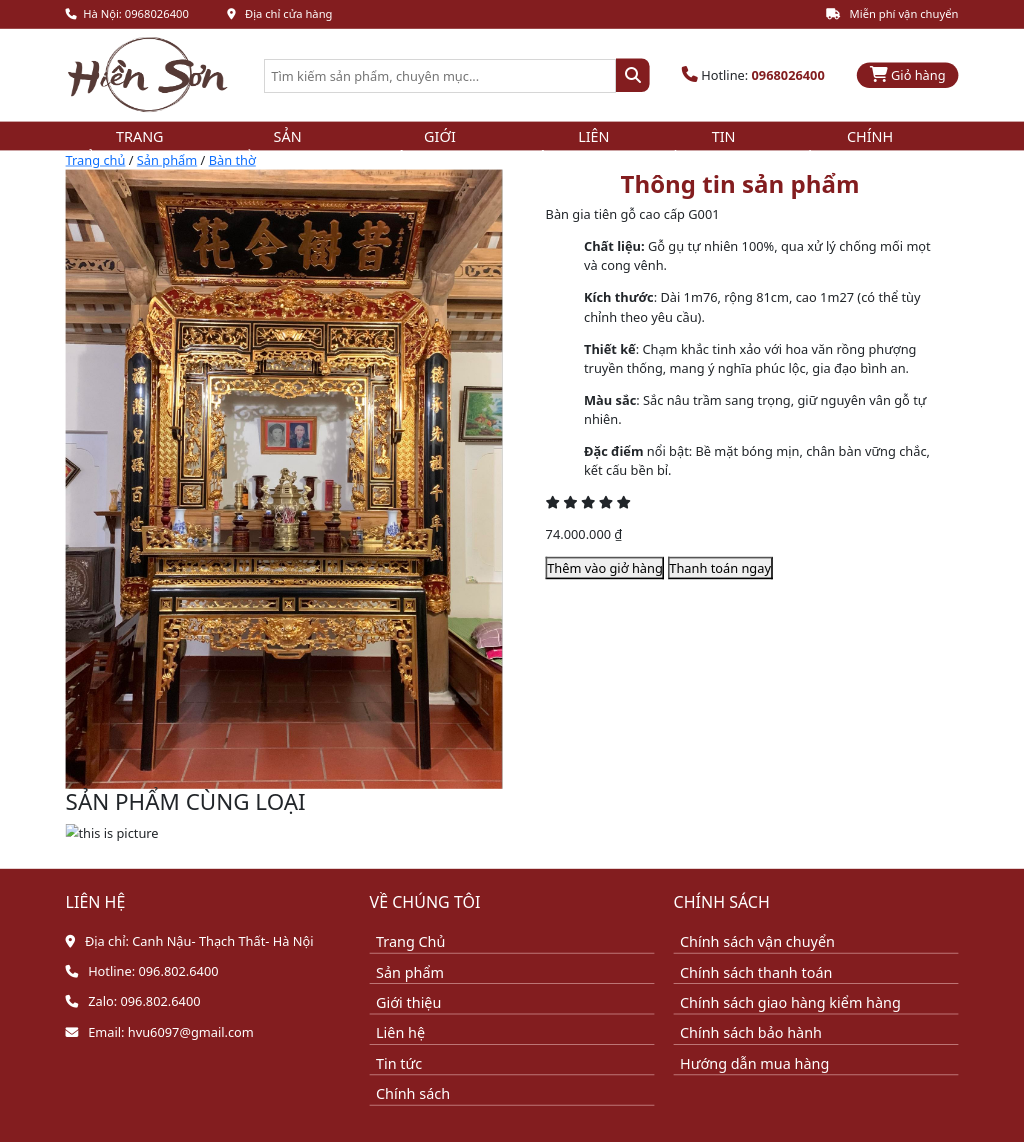
Repository: hoang28092000/do_go_hien_son
Page: product_details/ban_tho-g001.html
These files come from the project's save history. The page is drawn as it stood at one moment and after the next save; the edit follows.
The browser window is 1280 px wide. The pictures show the whole page, at 80% of full size.
Some web libraries are served in a nearby version.

Above is the page before, as saved 2024-08-10 20:09:19.

### product_details/ban_tho-g001.html
<!DOCTYPE html>
<html lang="en">
<head>
    <meta charset="UTF-8">
    <meta name="viewport" content="width=device-width, initial-scale=1.0">
    <link rel="stylesheet" href="../asset/style.css">
    <link rel="stylesheet" href="https://cdnjs.cloudflare.com/ajax/libs/font-awesome/6.6.0/css/all.min.css" integrity="sha512-Kc323vGBEqzTmouAECnVceyQqyqdsSiqLQISBL29aUW4U/M7pSPA/gEUZQqv1cwx4OnYxTxve5UMg5GT6L4JJg==" crossorigin="anonymous" referrerpolicy="no-referrer" />
    <link href="https://cdn.jsdelivr.net/npm/bootstrap@5.3.3/dist/css/bootstrap.min.css" rel="stylesheet" integrity="sha384-QWTKZyjpPEjISv5WaRU9OFeRpok6YctnYmDr5pNlyT2bRjXh0JMhjY6hW+ALEwIH" crossorigin="anonymous">
    <title>Bàn thờ gia tiên G001</title>
</head>
<body>
    <div id="header">
        <div class="top_header">
            <div class="container">
                <div class=" d-flex align-items-center justify-content-between pt-1">
                    <div class="d-flex">
                        <p class="mb-0 me-5"><a href="" class="txt-th">
                            <i class="fa-solid fa-phone icon-th pe-2"></i>Hà Nội: 0968026400
                        </a></p>
                        <p class="mb-0"><a href="" class="txt-th">
                            <i class="fa-solid fa-location-dot icon-th pe-2"></i>
                        Địa chỉ cửa hàng</a></p>
                    </div>
                    <p class="mb-0"><a href="" class="txt-th">
                        <i class="fa-solid fa-truck icon-th pe-2"></i>
                    Miễn phí vận chuyển</a></p>
                </div>
            </div>
        </div>
    </div>

        <div class="main_header py-2">
            <div class="container">
                <ul class="d-flex justify-content-between align-items-center ps-0 mb-0">
                    <li class="logo-hs">
                        <a href="../index.html"><img src="../asset/image/logo_1.png" class="logo-hd" alt=""></a>
                    </li>
                    <li class="search-hd">
                        <input type="text" class="input-search-hd" placeholder="Tìm kiếm sản phẩm, chuyên mục..."><i class="fa-solid fa-magnifying-glass icon-search_hd"></i>
                    </li>

                    <li class="contact-hd">
                        <i class="fa-solid fa-phone icon-hd "></i>
                        <span class="txt-hd">Hotline: <b style="color: #831d1f;">0968026400</b></span>
                    </li>

                    <li class="cart-hd">
                        <p class="mb-0 cart-list py-1 px-3">
                            <i class="fa-solid fa-cart-shopping icon-cart"></i><span class="txt-cart"> Giỏ hàng</span>
                        </p>
                    </li>
                </ul>
            </div>
        </div>

        <div class="bottom_header">
            <div class="container">
                <ul class="links d-flex justify-content-center align-items-center mb-0 ps-0">
                    <li class="link "><a href="../index.html" class="txt-link">TRANG CHỦ</a></li>
                    <li class="link"><a href="../website/product.html" class="txt-link">SẢN PHẨM</a></li>
                    <li class="link"><a href="../website/about-us.html" class="txt-link">GIỚI THIỆU</a></li>
                    <li class="link"><a href="../website/contact.html" class="txt-link">LIÊN HỆ</a></li>
                    <li class="link"><a href="../website/news.html" class="txt-link">TIN TỨC</a></li>
                    <li class="link"><a href="../website/policy.html" class="txt-link">CHÍNH SÁCH</a></li>
                 </ul>
            </div>
        </div>
    </div>
    <div class="main-product_details">
        <div class="container">
            <div class="links-product_details">
                <a href="../index.html" class="">Trang chủ</a>
                <span class="slash"> /</span>
                <a href="../website/product.html" class="">Sản phẩm</a>
                <span class="slash"> /</span>
                <a href="../website/product.html" class="">Bàn thờ</a>
            </div>

            <div class="card-p_details">
                <div class="row">
                    <div class="col-lg-6">
                        <img src="../asset/image/anhn1.jfif" alt="" class="img-p_details w-100">
                    </div>
                    <div class="col-lg-6">
                        <div class="info-p_details">
                            <h3 class="name-p_details">
                                Thông tin sản phẩm
                            </h3>

                            <div class="desc-info-pd">
                                <p class="heading-pd">
                                    Bàn gia tiên gỗ cao cấp G001
                                </p>
                                <p class="txt-pd ps-5">
                                    <b>Chất liệu:</b> Gỗ gụ tự nhiên 100%, qua xử lý chống mối mọt và cong vênh.
                                </p>
                                <p class="txt-pd ps-5">
                                    <b>Kích thước</b>: Dài 1m76, rộng 81cm, cao 1m27 (có thể tùy chỉnh theo yêu cầu).
                                </p>
                                <p class="txt-pd ps-5">
                                    <b>Thiết kế</b>: Chạm khắc tinh xảo với hoa văn rồng phượng truyền thống, mang ý nghĩa phúc lộc, gia đạo bình an.
                                </p>
                                <p class="txt-pd ps-5">
                                    <b>Màu sắc</b>: Sắc nâu trầm sang trọng, giữ nguyên vân gỗ tự nhiên.
                                </p>
                                <p class="txt-pd ps-5">
                                    <b>Đặc điểm</b> nổi bật: Bề mặt bóng mịn, chân bàn vững chắc, kết cấu bền bỉ.
                                </p>
                            </d>
                            <p class="evaluate">
                                <i class="fa-solid fa-star icon-star"></i>
                                <i class="fa-solid fa-star icon-star"></i>
                                <i class="fa-solid fa-star icon-star"></i>
                                <i class="fa-solid fa-star icon-star"></i>
                                <i class="fa-solid fa-star icon-star"></i>

                            </p>
                            <p class="price-pd">74.000.000 ₫</p>
                            <div class="pay">
                                <button class="add_cart">Thêm vào giở hàng</button>
                                <button class="buy">Thanh toán ngay</button>
                            </div>
                        </div>
                    </div>
                </div>
            </div>
            <h3 class="title-pd">
                SẢN PHẨM CÙNG LOẠI
            </h3>
            <div class="pd-relate">
                <div class="row">
                    <div class="col-lg-3">
                        <div class="card-pd">
                            <img src="" alt="this is picture">
                            <p class="name-product_r"></p>
                            <p class="info-pd_r"></p>
                        </div>
                    </div>
                </div>
            </div>
        </div>
    </div>


    <div id="footer" class="mt-3">
        <div class="container">
            <div class="row">
                <div class="col-lg-4">
                    <h4 class="title-ft">LIÊN HỆ</h4>
                    <ul class="list-info">
                        <li>
                            <i class="fa-solid fa-location-dot icon-ft pe-2"></i>
                            <span class="txt-ft">Địa chỉ: Canh Nậu- Thạch Thất- Hà Nội</span>
                        </li>
                        <li>
                            <i class="fa-solid fa-phone icon-ft pe-2"></i>
                            <span class="txt-ft">Hotline: 096.802.6400</span>
                        </li>
                        <li>
                            <i class="fa-solid fa-phone icon-ft pe-2"></i>
                            <span class="txt-ft">Zalo: 096.802.6400    </span>
                        </li>
                        <li>
                            <i class="fa-solid fa-envelope icon-ft pe-2"></i>
                           <span class="txt-ft">Email: hvu6097@gmail.com</span>
                        </li>
                    </ul>
                </div>
                <div class="col-lg-4">
                    <h4 class="title-ft">
                        VỀ CHÚNG TÔI
                    </h4>
                    <ul class="list-links ps-0">
                        <li class="item-link"><a href="../index.html" class="link-ft">Trang Chủ </a></li>
                        <li class="item-link"><a href="../website/product.html" class="link-ft">Sản phẩm</a></li>
                        <li class="item-link"><a href="../website/about-us.html" class="link-ft">Giới thiệu</a></li>
                        <li class="item-link"><a href="../website/contact.html" class="link-ft">Liên hệ</a></li>
                        <li class="item-link"><a href="../website/news.html" class="link-ft">Tin tức</a></li>
                        <li class="item-link"><a href="../website/policy.html" class="link-ft">Chính sách</a></li>
                    </ul>
                </div>
                <div class="col-lg-4">
                    <h4 class="title-ft">
                       CHÍNH SÁCH
                    </h4>
                    <ul class="list-links ps-0">
                        <li class="item-link"><a href="../website/policy.html" class="link-ft">Chính sách vận chuyển </a></li>
                        <li class="item-link"><a href="../website/policy.html" class="link-ft">Chính sách thanh toán</a></li>
                        <li class="item-link"><a href="../website/policy.html" class="link-ft">Chính sách giao hàng kiểm hàng</a></li>
                        <li class="item-link"><a href="../website/policy.html" class="link-ft">Chính sách bảo hành</a></li>
                        <li class="item-link"><a href="../website/policy.html" class="link-ft">Hướng dẫn mua hàng</a></li>
                    </ul>
                </div>

            </div>
        </div>
    </div>
</body>
</html>

### asset/style.css
*{
    padding: 0px;
    margin: 0px ;
    box-sizing: border-box;
    list-style: none;
}

.top_header{
    height: 36px;
    background-color: #831d1f;
}

.top_header .txt-th{
    color: #fff;
    font-size: 14px;
    text-decoration: none;
    font-weight: 500;
}

.top_header .icon-th{
    color: #fff;
}
.top_header .txt-th:hover,
.top_header .icon-th:hover{
    opacity: 0.7;
}

.main_header .logo-hd{
    height: 100px;
    width: 208px;
}
.main_header .input-search-hd{
    font-size: 16px;
    color: #333;
    padding-left: 8px;
    width: 440px;
    height: 42px;
    border: 1px solid #ccc;
    outline: none;
}
.main_header .icon-search_hd{
    font-size: 20px;
    background-color: #831d1f;
    padding: 11px;
    color: #fff;
    border-radius: 0 10px 10px 0;
}
.main_header .icon-search_hd:hover{
    opacity: 0.7;
    cursor: pointer;
}
.main_header .contact-hd .icon-hd{
    font-size: 20px;
    color: #831d1f;
}
.cart-hd .cart-list{
    background-color: #831d1f;
    border-radius: 16px;
}
.cart-hd .txt-cart{
    font-size: 16px;
    font-weight: 500;
    color: #fff;
}
.cart-hd .icon-cart{
    font-size: 20px;
    color: #fff;
}
.cart-hd .cart-list:hover{
    opacity: 0.7;
    cursor: pointer;
}

.bottom_header{
    height: 36px;
    background-color: #831d1f;
}
.bottom_header .links{
    list-style: none;
    padding-top: 6px;
}

.links .txt-link{
    text-decoration: none;
    font-size: 18px;
    font-weight: 500;
    color: #fff;
    padding: 7px 63px 5px;
}
/* .links .txt-link:first-child{
    padding-left:0 ;

}
.links .txt-link:last-child{
    padding-right:0 ;
} */
.links .txt-link:hover{
    cursor: pointer;
    background-color: #bd7071;
}


/* Main*/
#main{
    padding: 20px 0;
}

.left-main .product_portfolio .txt_portfolio{
    font-size: 18px;
    font-weight: 600;
    padding: 4px 10px 4px 0;
    text-align: center;
    background-color: #831d1f;
    color: #fff;
}

.left-main .list_portfolio .items-product{
    border-bottom: 1px solid #ccc;
    padding: 10px 0 4px;
}

.left-main .list_portfolio .items-product:hover{
    background-color: #bd7071;
    color: #fff;
    cursor: pointer;
}
.left-main .list_portfolio .items-product:hover .txt-porduct {
    color: #fff;
}

.left-main .list_portfolio .txt-porduct{
    font-size: 18px;
    color: #333;
    text-decoration: none;
    padding-left: 4px;
    font-weight: 500;
}

/* right-main */

.right-main .first_news .txt-title{
    font-size: 32px;
    font-weight: 600;
    color: #fff;
    background-color: #831d1f;
    padding-left: 10px;

}
.right-main .first_news .hr-title{
    height: 3px;
    background-color: rgb(83, 19, 19);
}
.right-main .first_news .img-rm{
    height: 700px;
}

.right-main .first_news .title-news{
    font-size: 24px;
    font-weight: 500;
    color: #333;

}
.right-main .first_news .txt-bnews{
    font-size: 22px;
    font-weight: 500;
    color: #333;
}
.right-main .first_news .txt-news{
    font-size: 18px;
    color: 16px;
    padding-left: 40px;
    font-weight: 400;
}

.right-main .first_news  .btxt-news{
    font-size: 20px;
    font-weight: 400;
    color: #333;
    padding-left: 20px;
}


/* Main product */
#main .product .img-product{
    height: 412px;
}
#main .product{
    box-shadow: 0px 0px 5px 4px #ccc;
    padding-bottom: 20px;
}
.link-product{
    text-decoration: none;

}
.product .name-product{
    font-size: 18px;
    color: #333;
    font-weight: 500;
    text-align: center;

}
.product .sold-out{
    font-size: 16px;
    color: #757070;
    text-align: center;
}
.product .price-pr{
    font-size: 18px;
    font-weight: 500;
    color: #757070;
    text-decoration: line-through;
}
.product .price-promotion{
    font-size: 18px;
    font-weight: 500;
    color: #fff;
    background-color: #831d1f;
    border-radius: 20px;
    text-align: center;
    padding: 4px 10px;
}
.product .icon_cart-product{
    font-size: 20px;
    color: #831d1f;
    margin-left: 10px;
}

#main .relate_news .title_relate{
    font-size: 24px;
    color: #fff;
    background-color: #831d1f;
    padding: 8px 0 8px 8px;
}
.relate_news .link-relate{
    text-decoration: none;
}
.relate_news .card-relate{
    padding-bottom: 20px;
    box-shadow: 0px 0px 5px 4px #ccc;
}
.card-relate .img-relate{
    height: 229px;
}
.card-relate .info_relate{
    padding: 20px 20px 0 20px;
}
.card-relate .info_relate .h-relate{
    font: size 18px;
    color: #333;
    font-weight: 500;
}
.card-relate .info_relate .desc-relate{
    font-size: 16px;
    font-weight: 400;
    color: #333;
}




/* main about-us */
.main_about-us .title-as{
    font-size: 30px;
    font-weight: 600;
    color: #831d1f;
    text-align: center;
}
.main_about-us .hr-as{
    width: 200px;
    height: 4px;
    background-color: #831d1f;
    margin: 0 auto;
}
.main_about-us .heading-txt{
    font-size: 20px;
    font-weight: 500;
    color: #333;
}

.main_about-us .desc-as{
    font-size: 18px;
    color: #333;
    line-height: 1.8;
}


/* main contact */

.main-contact .title-contact{
    font-size: 30px;
    font-weight: 600;
    color: #831d1f;
    text-align: center;
}

.main-contact .my-info{
    box-shadow: 0px 0px 5px 4px #ccc;
    padding:  20px ;
    height: 437px;
}
.main-contact .my-info .logo-info{
    width: 100px;
    height: 100px;
    border: 2px double #831d1f;

}
.main-contact .my-info .icon-contact{
    font-size: 20px;
    color: #831d1f;
}

.main-contact .my-info .your-info{
    font-size: 22px;
    font-weight: 500;
    color: #831d1f;
    text-align: center;
}
.main-contact .my-info .txt-yi{
    font-size: 18px;
    color: #333;
    font-weight: 500;
}

.main-contact .my-info .input-yi{
    width: 100%;
    outline: none;
    border: 1px solid #ccc;
    padding : 4px 0 4px 6px;
}
.main-contact .text-contact{
    font-size: 18px;
    color: #831d1f;
    font-weight: 500;
    text-align: center;
}
.main-contact .btn-submit{
    border-radius: 10px;
    background-color: #831d1f;
    color: #fff;
    padding: 6px 30px;
    font-size: 18px;
}


/* main-news*/
.main-news .title-news{
    font-size: 24px;
    font-weight: 500;
    color: #831d1f;
    border-bottom: 5px solid #831d1f;
}
.main-news .img-news{
    height: 205px;
}

.main-news .link-news{
    text-decoration: none;
}

.main-news .card-news{
    height: 373px;
    border: 1px solid #ccc;
}

.main-news .link-news .info-news{
    padding: 0 8px;
}

.main-news .link-news .heading-news{
    font-size: 18px;
    font-weight: 500;
    color: #333;
    padding-top: 16px;
    margin-bottom: 0;
}
.main-news .link-news .desc-news{
    font-size: 16px;
    font-weight: 400;
    color: #333;
    margin-top: 4px;
    margin-bottom: 0;
}
.main-news .link-news .time-up{
    font-size: 12px;
    color: #757070;
    font-style: italic;
    padding: 10px 0 20px;
    float: right ;
}

/*main policy  */
.main-policy .title-policy{
    font: 30px;
    color: #831d1f;
    font-weight: 700;
    text-align: center;
    padding-top: 40px;
}
.main-policy .hr-policy{
    width: 200px;
    height: 4px;
    background-color: #831d1f;
    margin: 0 auto;
}
.main-policy .info-policy{
    margin-bottom: 32px;
}

.main-policy .heading-policy{
    font-size: 20px;
    color: #333;
    font-weight: 500;
}

.main-policy .txt-policy{
    padding-left: 20px;
}


/* main thiết kế phòng thờ hợp phong thủy */
.main-design_news .title-ds_news{
    font-size: 30px;
    font-weight: 700;
    color: #831d1f;
    margin-top: 30px;
    text-align: center;
}
.main-design_news .desc-news{
    font-size: 20px;
    color: #333;
    font-weight: 400;
    line-height: 1.7;
}
.main-design_news .img-news{
    height: 400px;
    width: 45%;
    padding: 10px 20px;
}
.main-design_news .desc-img{
    font-size: 16px;
    color: #423e3e;
    font-style: italic;
    text-align: center;
    padding-top: 20px;
}
.main-design_news .title_desc-news{
    font-size: 24px;
    font-weight: 600;
}


/* main- san pham chi tiet */

.main-product_details{

}
.main-product_details .info-p_details{
    padding: 0 30px;

}
.main-product_details .info-p_details .name-p_details{
    font-size: 30px;
    color: #831d1f;
    font-weight: 600;
    text-align: center;
}

/* footer */
#footer{
    background-color: #831d1f;
    padding: 30px 0;
}
#footer .title-ft{
    font-size: 20px;
    font-weight: 500;
    color: #fff;
    margin-bottom: 24px;
}
#footer .list-info{
    padding-left: 0;
}
#footer .txt-ft ,
.icon-ft{
    color: #fff;
    font-size: 16px;
    font-weight: 400;
    padding-bottom: 18px;
}
#footer .list-links .link-ft{
    font-size: 18px;
    color: #fff;
    font-weight: 400;
    text-decoration: none;
    padding-left: 8px;
}
#footer .list-links .item-link{
    border-bottom: 1px solid #cc8b8b;
    margin-bottom: 10px;
}
#footer .list-links .item-link:hover{
    background-color: #bd7071;
    cursor: pointer;

}

After the next save:
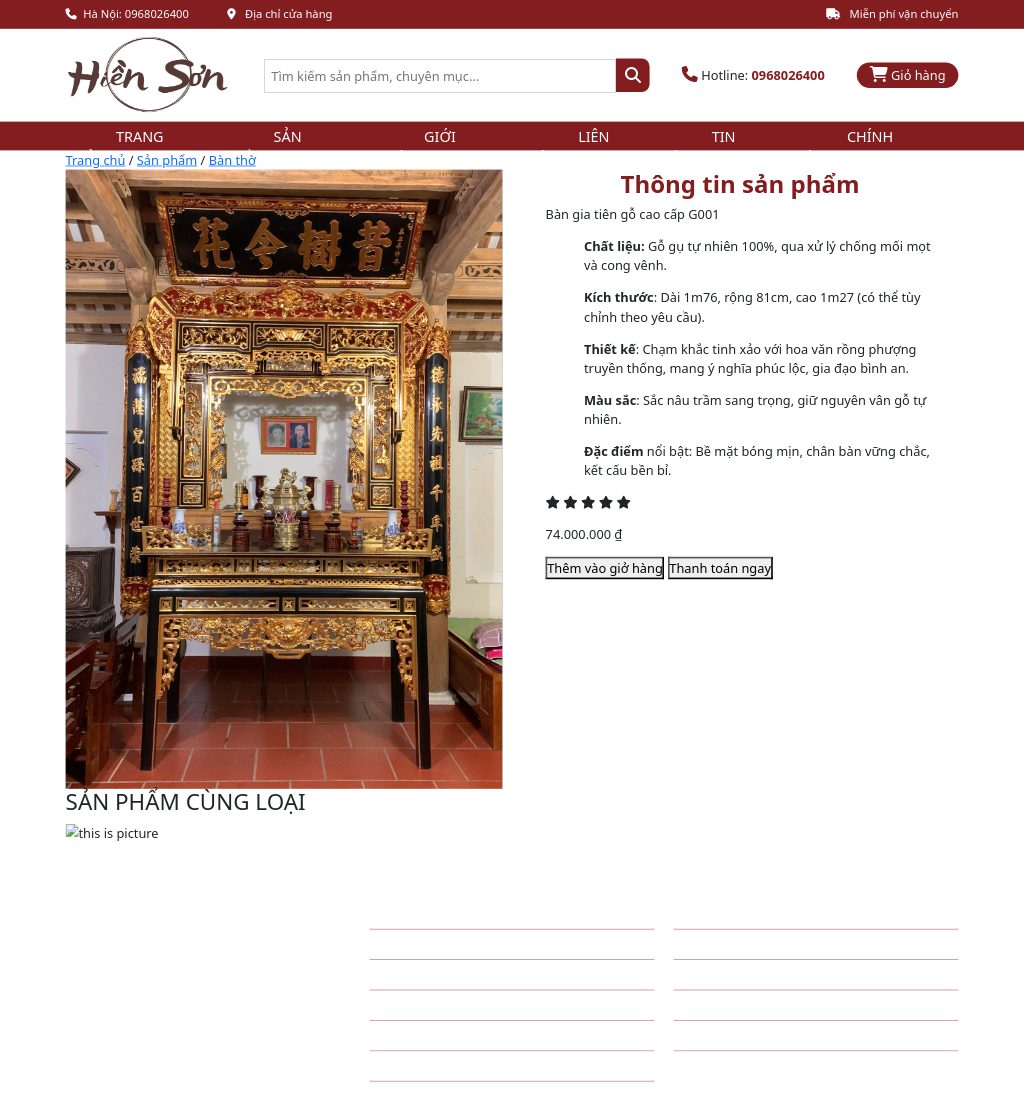
Saved 5 s later.
--- a/asset/style.css
+++ b/asset/style.css
@@ -464,6 +464,7 @@
     font-weight: 600;
     text-align: center;
 }
+.main-product_details .info-p_details
 
 /* footer */
 #footer{

After the save that followed:
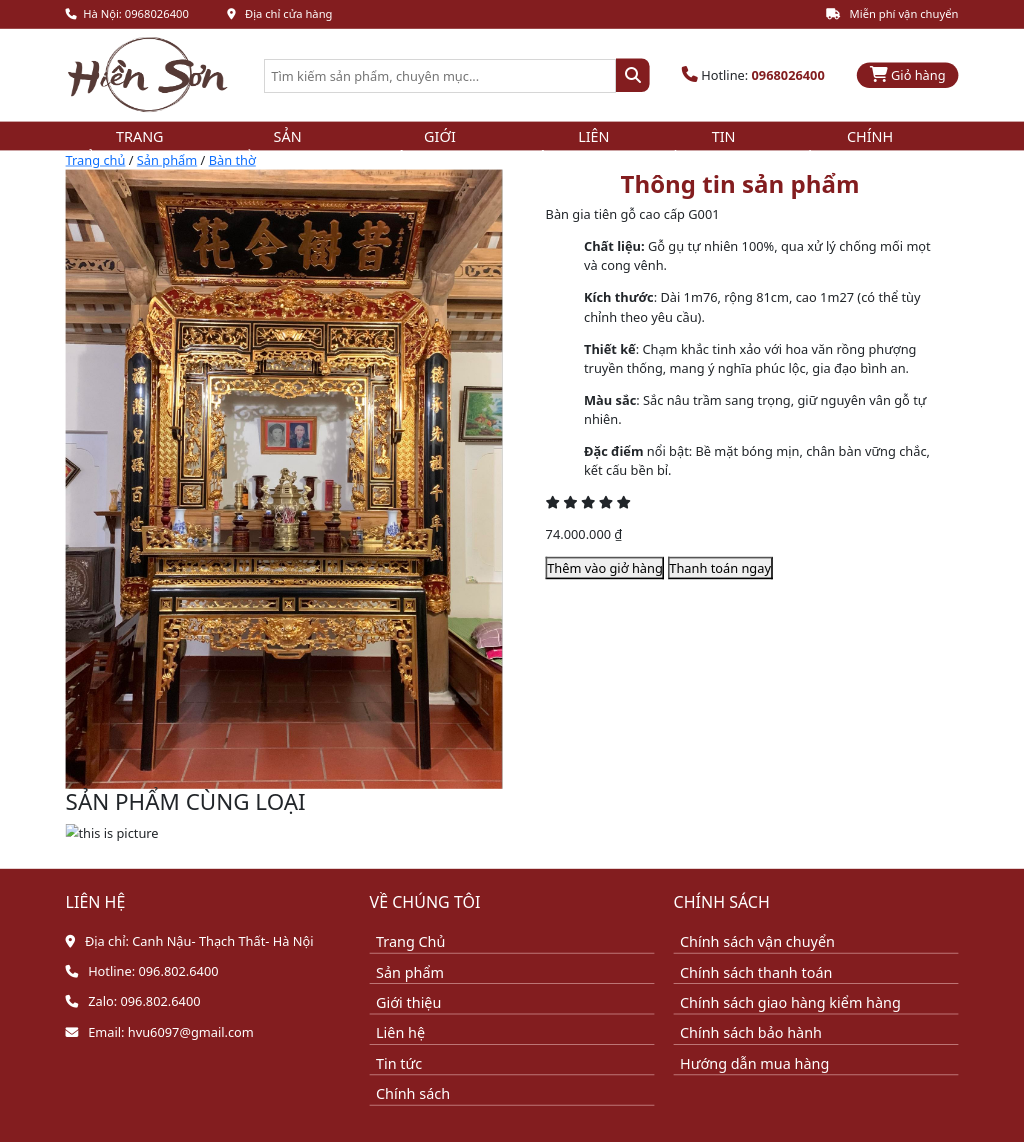
Saved 13 s later.
--- a/asset/style.css
+++ b/asset/style.css
@@ -464,7 +464,9 @@
     font-weight: 600;
     text-align: center;
 }
-.main-product_details .info-p_details
+.main-product_details .info-p_details .name-p_details{
+    font
+}
 
 /* footer */
 #footer{
